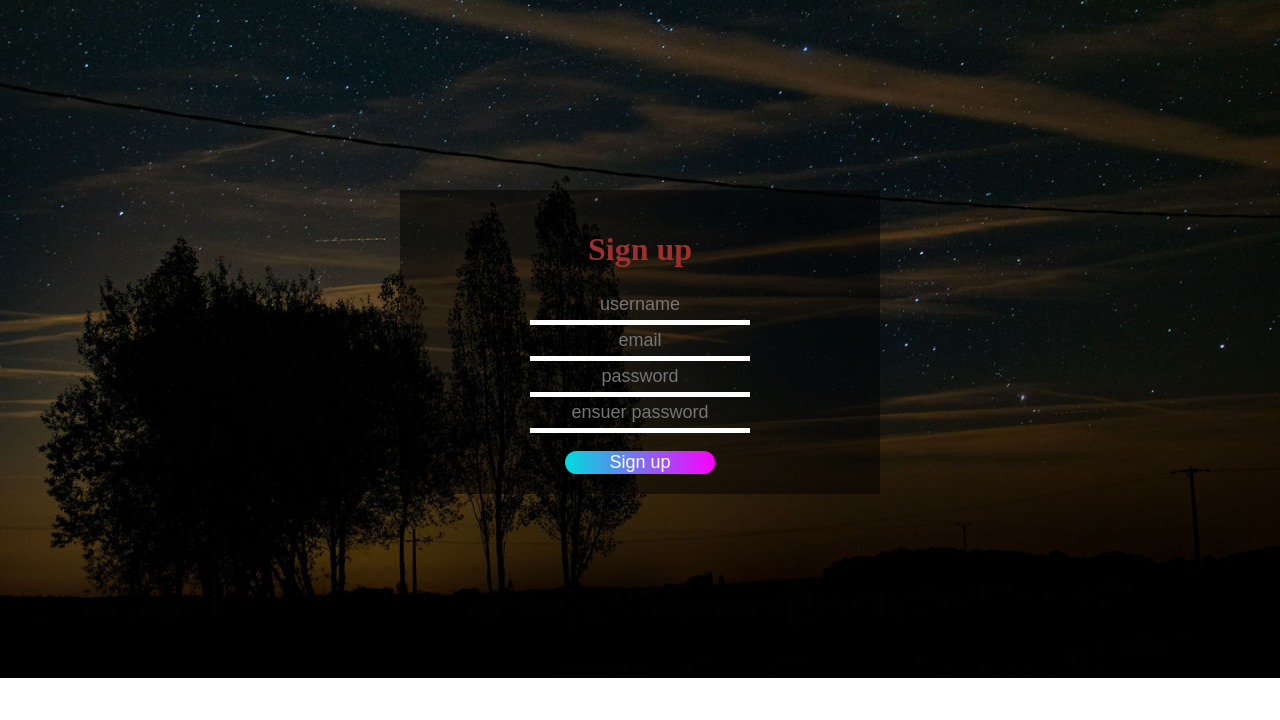
Repository: xduBlockChainLab/our-web
Page: src/main/resources/tempalates/signup.html
The author's editor kept a copy of each file at every save. The page is drawn from the files as they stood at one save, then again after the next save.
The browser window is 1280 px wide. The pictures show the whole page.
Some web libraries are served in a nearby version.

Above is the page before, as saved 2021-10-26 21:39:52.

### src/main/resources/tempalates/signup.html
<!--
 * @Author: qinghe
 * @Date: 2021-10-20 16:46:02
 * @LastEditTime: 2021-10-24 09:52:44
 * @LastEditors: Please set LastEditors
 * @Description: In User Settings Edit
 * @FilePath: \网页\注册网页\img\signup.html
-->
<!DOCTYPE html>
<html lang="en">

<head>
    <meta charset="GB 2312">
    <meta http-equiv="X-UA-Compatible" content="IE=edge">
    <meta name="viewport" content="width=device-width, initial-scale=1.0">
    <title>Welcome！</title>
    <link rel="icon" href="../static/img/Eagle-2.png" type="image/x-icon">
    <style>
        #login-box {
            border: none;
            width: 30%;
            text-align: center;
            margin: 0 auto;
            margin-top: 15%;
            background: #00000080;
            padding: 20px 50px;
        }

        #login-box {
            border: none;
            width: 30%;
            text-align: center;
            margin: 0 auto;
            margin-top: 15%;
            background: #00000080;
            padding: 20px 50px;
        }

        #login-box {
            color: rgb(158, 47, 47);
        }

        #login-box .form .item input {
            width: 200px;
            border: 0;
            border-bottom: 5px solid white;
            font-size: 18px;
            background: #ffffff00;
            color: rgb(218, 24, 24);
            padding: 5px 10px;
        }

        input::-ms-input-placeholder {
            text-align: center;
        }

        input::-webkit-input-placeholder {
            text-align: center;
        }

        #login-box button {
            border: 0;
            width: 150px;
            height: 23px;
            margin-top: 18px;
            font-size: 18px;
            color: white;
            border-radius: 25px;
            background-image: linear-gradient(to right, #00dbde 0%, #fc00ff 100%);
        }

        body {
            background: url("../static/img/shenlin.jpg") center;
            background-size: auto;
            background-repeat: no-repeat;
        }
    </style>
    <script src="https://apps.bdimg.com/libs/jquery/2.1.4/jquery.min.js"></script>
    <style>
        body {
            background-size: 100%;
        }
    </style>
</head>

<body>
    <form action="#" method="post">
        <div id="login-box">
            <h1>Sign up</h1>
            <div class="form">
                <div class="item">
                    <i></i>
                    <input type="text" placeholder="username" name="username">
                </div>
                <!-- <label>
                <input type="radio" name="boy-girl">Boy
            </label>
                <label>
                <input type="radio" name="boy-girl">Girl
                </label> -->
                <div class="item">
                    <i></i>
                    <input type="email" placeholder="email" name="email">
                </div>
                <div class="item">
                    <i></i>
                    <input type="password" placeholder="password" name="password">
                </div>
                <div class="item">
                    <i></i>
                    <input type="password" placeholder="ensuer password" name="password">
                </div>
            </div>
            <button onclick="javascript:window.open('surface.html') " type="submit">Sign up</button>
        </div>
    </form>
</body>

<body>
    <script type="text/javascript" src="https://cdn.bootcss.com/jquery/3.3.1/jquery.min.js"></script>
    <script type="text/javascript">
        /*天真网（tzw520.cn） 鼠标特效 */
        jQuery(document).ready(function($) {
            var a_idx = 0;
            $("body").click(function(e) {
                var a = new Array("天真", "富强", "民主", "文明", "和谐", "自由", "平等", "公正", "法治", "爱国", "敬业", "诚信", "友善");
                var $i = $("<span/>").text(a[a_idx]);
                a_idx = (a_idx + 1) % a.length;
                var x = e.pageX,
                    y = e.pageY;
                $i.css({
                    "z-index": 999999999999999999999999999999999999999999999999999999999999999999999,
                    "top": y - 20,
                    "left": x,
                    "position": "absolute",
                    "font-weight": "bold",
                    "color": "#ff6651"
                });
                $("body").append($i);
                $i.animate({
                        "top": y - 180,
                        "opacity": 0
                    },
                    1500,
                    function() {
                        $i.remove();
                    });
            });
        });
    </script>
</body>

</html>

After the next save:
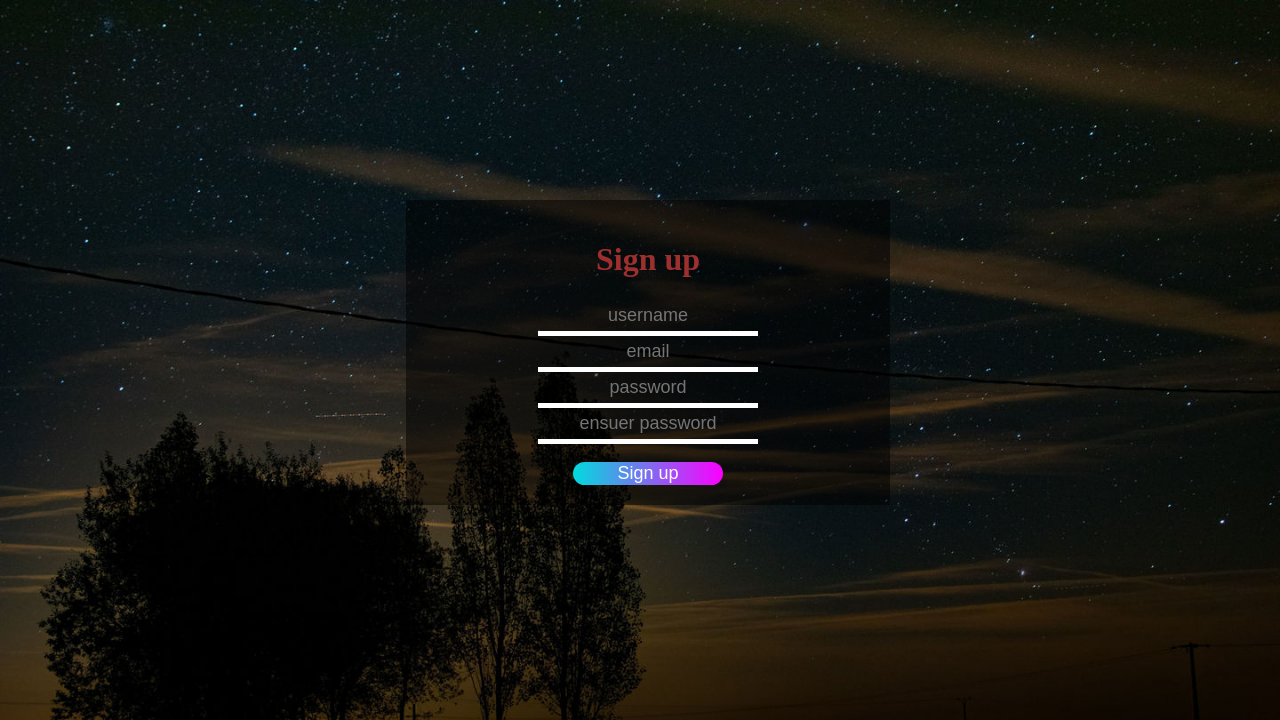
Saved 37 s later.
--- a/src/main/resources/tempalates/signup.html
+++ b/src/main/resources/tempalates/signup.html
@@ -73,6 +73,19 @@
             background: url("../static/img/shenlin.jpg") center;
             background-size: auto;
             background-repeat: no-repeat;
+            position: fixed;
+            top: 0;
+            left: 0;
+            width: 100%;
+            height: 100%;
+            min-width: 1000px;
+            /* background-size: auto;
+            background-repeat: no-repeat; */
+            background-repeat: no-repeat;
+            background-size: cover;
+            -webkit-background-size: cover;
+            -o-background-size: cover;
+            background-position: center 0;
         }
     </style>
     <script src="https://apps.bdimg.com/libs/jquery/2.1.4/jquery.min.js"></script>
